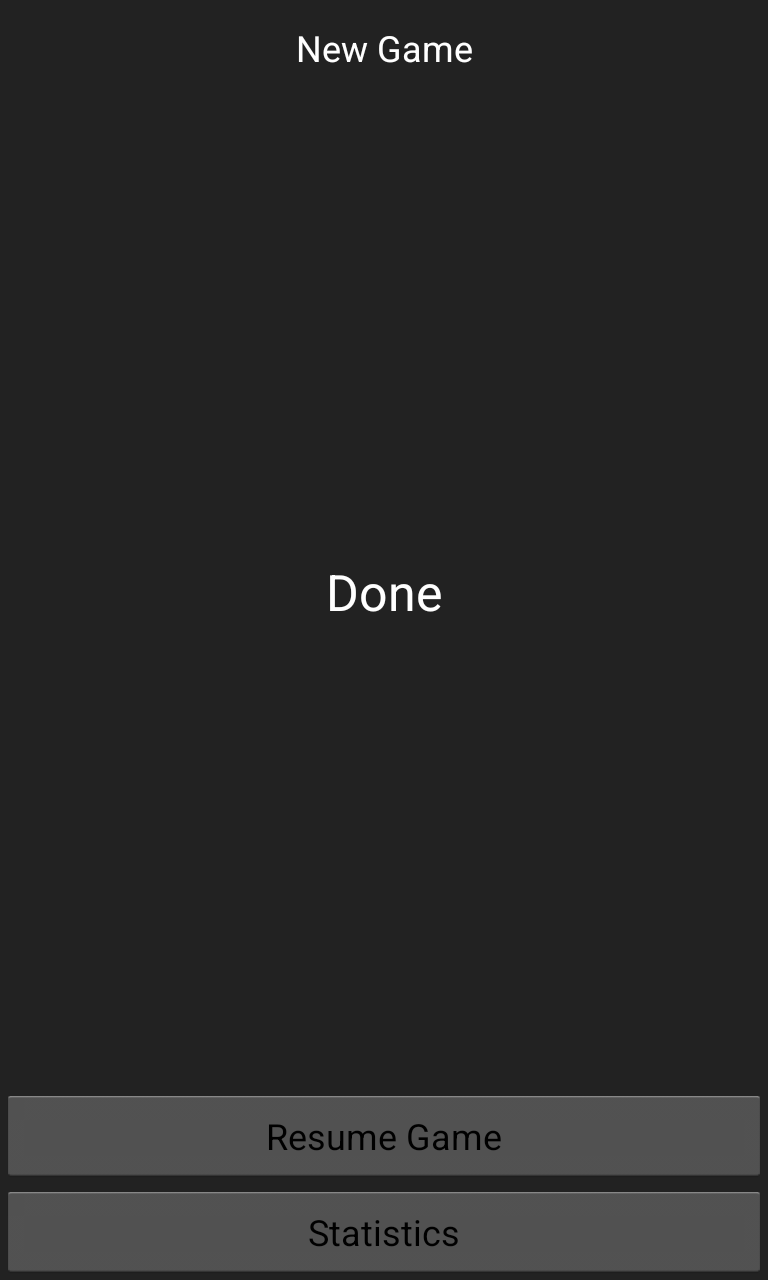
Repository: andyhurd/SuperMunchkin
Layout: SuperMunchkin/res/layout/activity_main_menu.xml
An editor plug-in stored every save of this project. The layout is shown before and after the next save, followed by the edit.
It is drawn on a 768 x 1280 px phone screen (xhdpi) without system bars, with theme AppTheme; the app's code is not run.

Above is the layout before, as saved 2012-11-02 01:08:05.

After the next save:
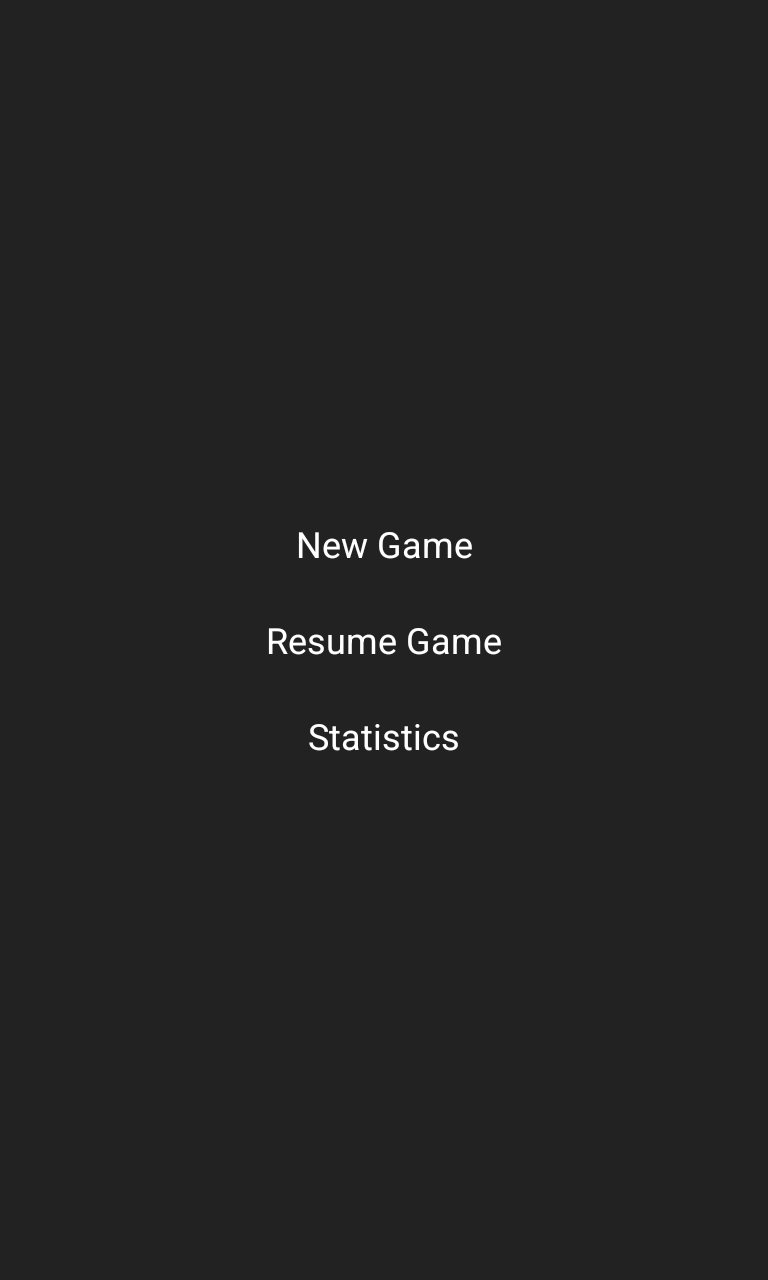
Saved 57 s later.
--- a/SuperMunchkin/res/layout/activity_main_menu.xml
+++ b/SuperMunchkin/res/layout/activity_main_menu.xml
@@ -14,26 +14,20 @@
 	        android:textColor="@android:color/white"
 	        style="?android:attr/borderlessButtonStyle" />
 
-	        <Button
-	            android:id="@+id/doneButton"
-	            android:layout_width="match_parent"
-	            android:layout_height="wrap_content"
-	            android:text="@string/done"
-	            android:textSize="25dip"
-	            android:textColor="@android:color/white"
-	        	style="?android:attr/borderlessButtonStyle"
-	        	android:layout_weight="1" />
-
         <Button
             android:id="@+id/resumeGameButton"
             android:layout_width="match_parent"
             android:layout_height="wrap_content"
-            android:text="@string/resume_game" />
+            android:text="@string/resume_game"
+	        android:textColor="@android:color/white"
+	        style="?android:attr/borderlessButtonStyle" />
 
         <Button
             android:id="@+id/statisticsButton"
             android:layout_width="match_parent"
             android:layout_height="wrap_content"
-            android:text="@string/statistics" />
+            android:text="@string/statistics"
+	        android:textColor="@android:color/white"
+	        style="?android:attr/borderlessButtonStyle" />
 
     </LinearLayout>
